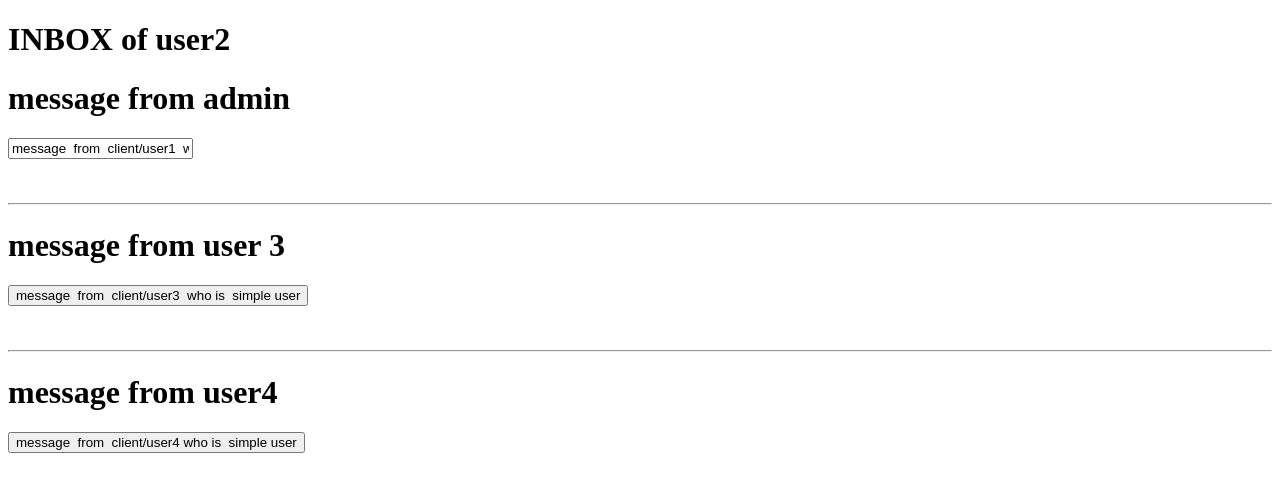
Repository: heenasalim/Java_Script
Page: Simplehtmldemo/WebContent/FBUSER2.html
An editor plug-in stored every save of this project. The page is shown before and after the next save, followed by the edit.
The browser window is 1280 px wide. The pictures show the whole page.

Above is the page before, as saved 2015-10-12 11:08:17.

After the next save:
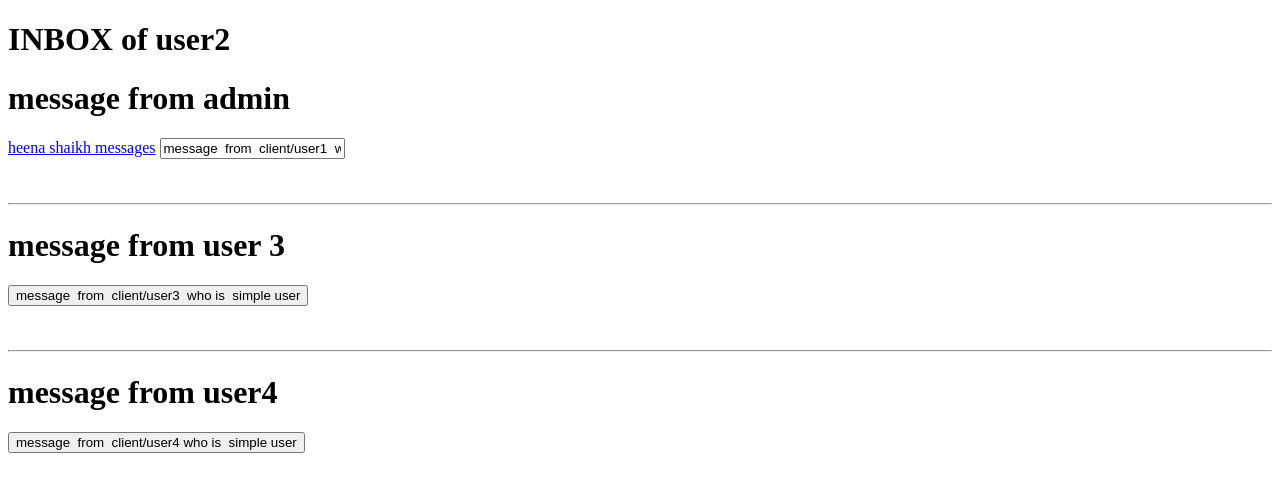
Saved 2 min 10 s later.
--- a/Simplehtmldemo/WebContent/FBUSER2.html
+++ b/Simplehtmldemo/WebContent/FBUSER2.html
@@ -7,6 +7,7 @@
 <body>
 <H1>INBOX  of  user2</H1>
 <h1>message  from  admin</h1>
+<a href="heena  shaikh">heena  shaikh  messages</a>
 <input type="text"  value="message  from  client/user1  who is  admin  user">
 <br/>
 <br/>
